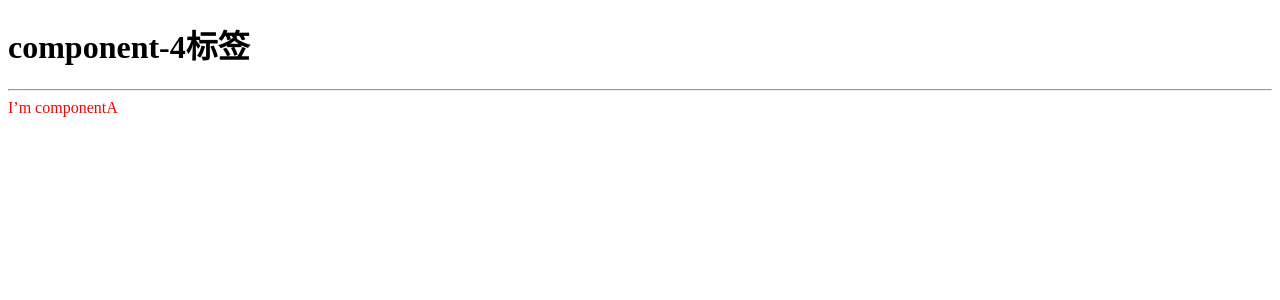
Repository: 13982720426/vue2.0-LearningNotes
Page: example/component-4.html
The author's editor kept a copy of each file at every save. The page is drawn from the files as they stood at one save, then again after the next save.
The browser window is 1280 px wide. The pictures show the whole page.

Above is the page before, as saved 2021-06-24 22:11:01.

After the next save:
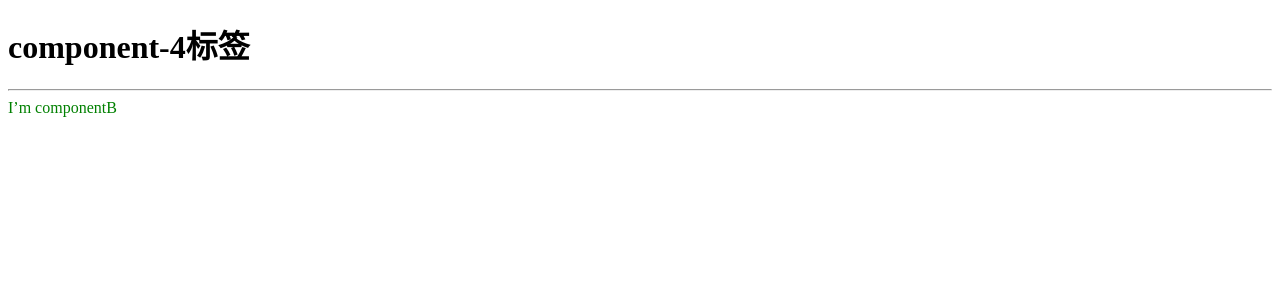
Saved 2 min 27 s later.
--- a/example/component-4.html
+++ b/example/component-4.html
@@ -28,7 +28,7 @@
       var app = new Vue({
         el: '#app',
         data: {
-          who: componentA,
+          who: componentB,
         },
         components: {
           componentA: componentA,
